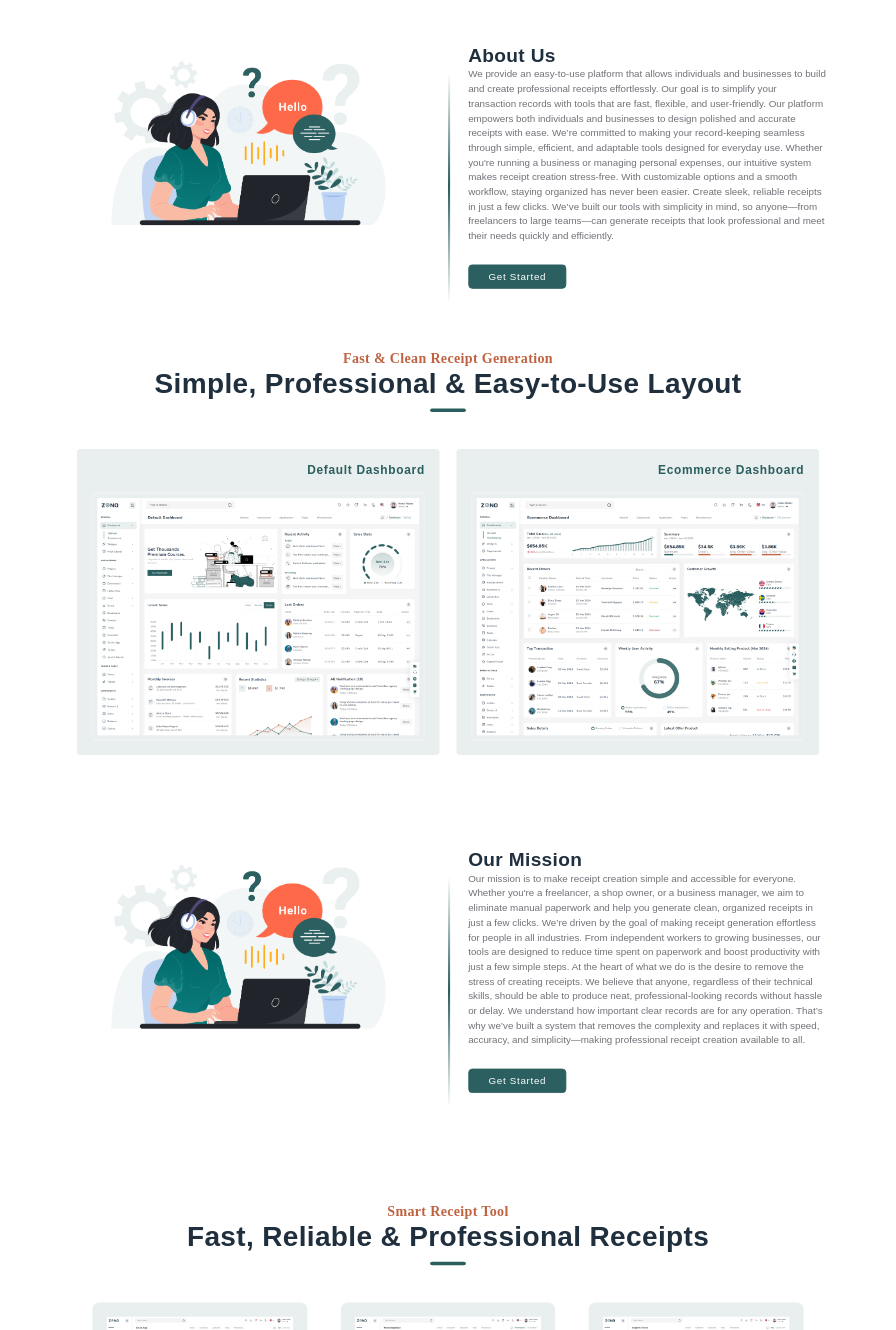
Repository: SPOTWEBDEV/ReceiptGeneratorWebsite
Page: http://localhost/ReceiptGeneratorWebsite/
An editor plug-in stored every save of this project. The page is shown before and after the next save, followed by the edit.
The browser window is 1280 px wide. The pictures show the part of the page from y = 682 to 2582 px (the page is 4873 px tall), at 70% of full size.
Some web fonts or font styles are not loaded; a fallback is used. The page is run by PHP 8.4 with error messages shown; the project is at /var/www/html/.

Above is the page before, as saved 2025-07-30 15:26:47.

After the next save:
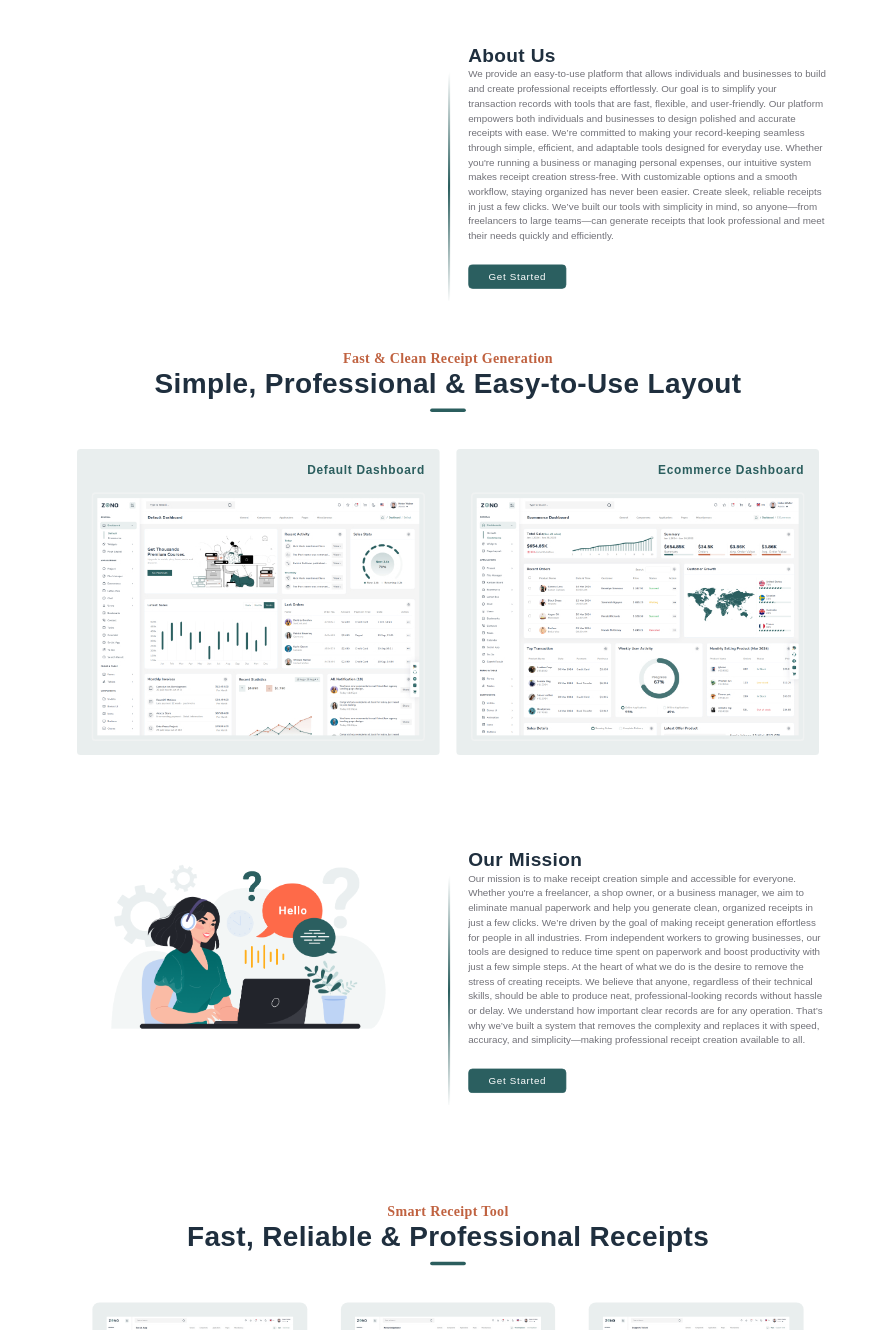
Saved 49 min 57 s later.
--- a/index.php
+++ b/index.php
@@ -110,7 +110,7 @@
       <div class="container">
         <div class="row g-md-4 g-3">
           <div class="col-md-6 wow bounceInLeft mt-0">
-            <div class="premium-img"><img class="img-fluid" src="./assets/images/landing/premium.png" alt="premium"></div>
+            <!-- <div class="premium-img"><img class="img-fluid" src="./assets/images/landing/premium.png" alt="premium"></div> -->
           </div>
           <div class="col-md-6 wow bounceInRight mt-0">
             <div class="premium-wrapper">
